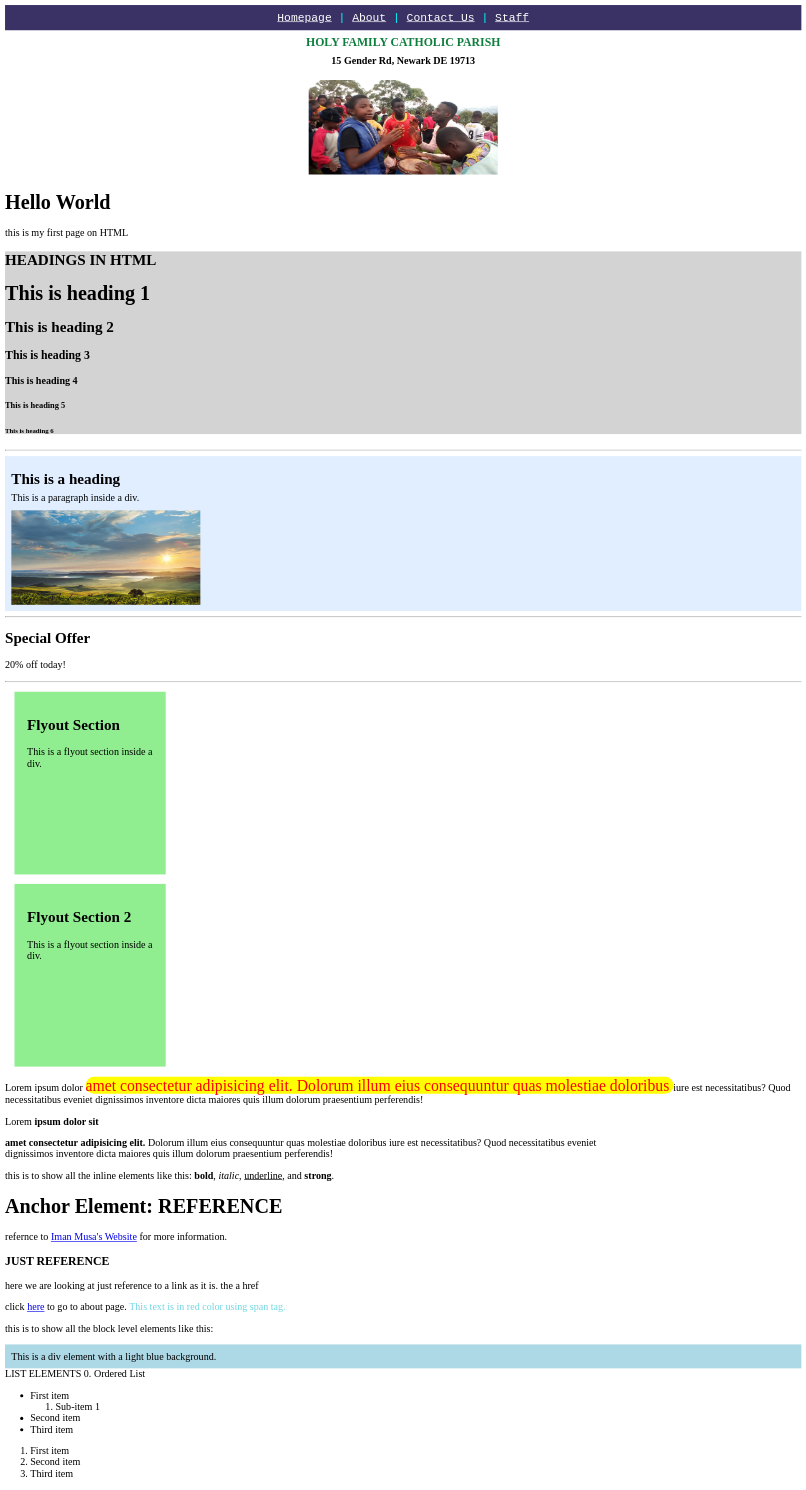
Repository: ficotims/HTML-RESTART
Page: Homepage.html
An editor plug-in stored every save of this project. The page is shown before and after the next save, followed by the edit.
The browser window is 1280 px wide. The pictures show the whole page, at 63% of full size.

Above is the page before, as saved 2026-02-10 14:39:39.

### Homepage.html
<!doctype html>
<html lang="en">
  <head>
    <meta charset="UTF-8" />
    <meta name="viewport" content="width=device-width, initial-scale=1.0" />
    <title>HTML Crash course with Iman Musa</title>
    <link rel="stylesheet" href="Style 1.css"/>
  </head>
  <body>

    <!-- NAVIGATION SECTION -->
        <div style="background-color: rgb(58, 49, 100); padding: 10px; text-align: center; color: aqua; font-size: 18px; font-family: monospace, Lemon milk;">
    <a href="Homepage.html" target="_top" style="color: white;">Homepage</a> |
    <a href="about.html" style="color: white;">About</a> | <a href="Contact us.html" style="color: white;">Contact Us</a> |
    <a href="staff.html" style="color: white;">Staff</a>
     </div>

 <div style="text-align: center;">
    <h3><span style="color: rgb(14, 126, 61);"><div style="line-height: 0;">HOLY FAMILY CATHOLIC PARISH</b></span></h3>
    <H4>15 Gender Rd, Newark DE 19713</H4>
    <img
        src="images/Acension.jpg"
        alt="Catholic Church Logo"
        width="300"
        height="150"
      />
      </div>

    <h1>Hello World</h1>
    <p>this is my first page on HTML</p>
    <!-- this is a comment and will not appear on the screen/ page -->
    <!-- let us introduce the headings -->
    <div style="background-color: lightgray; padding: px; text-align: left">
      <h2>HEADINGS IN HTML</h2>
    <h1>This is heading 1</h1>
    <h2>This is heading 2</h2>
    <h3>This is heading 3</h3>
    <h4>This is heading 4</h4>
    <h5>This is heading 5</h5>
    <h6>This is heading 6</h6>
    </div>

    <!-- here we are starting off LEARNING HOW TO USE THE <div> TAG -->
 <hr>
      <div style="background-color: rgb(224, 238, 255); padding: 10px; text-align: left; line-height: 0.5;">
  <h2>This is a heading</h2>
  <p>This is a paragraph inside a div.</p>
  <img src="images/landscape.jpg" alt="Landscape" width="300"
        height="150" />
</div>
<hr>
<div class="highlight-box">
  <h2>Special Offer</h2>
  <p>20% off today!</p>
</div>
<hr>

  <div class="flyout">
    <h2>Flyout Section</h2>
    <p>This is a flyout section inside a div.</p>
  </div>

 <div class="flyout">
    <h2>Flyout Section 2</h2>
    <p>This is a flyout section inside a div.</p>
  </div>

    <!-- thi is for paragraphs now -->
    <p>
      Lorem ipsum dolor <span class="body1">amet consectetur adipisicing elit. Dolorum illum
      eius consequuntur quas molestiae doloribus </span> iure est necessitatibus? Quod
      necessitatibus eveniet dignissimos inventore dicta maiores quis illum
      dolorum praesentium perferendis!
    </p>

    <p>
      Lorem <b>ipsum dolor sit <div>amet consectetur adipisicing elit.</b> Dolorum
      illum eius consequuntur quas molestiae doloribus iure est necessitatibus?
      Quod necessitatibus eveniet </div>dignissimos inventore dicta maiores quis illum
      dolorum praesentium perferendis!
    </p>


    <!-- this is for inline leve elements -->

    <p>
      this is to show all the inline elements like this: <b>bold</b>,
      <i>italic</i>, <u>underline</u>, and <strong>strong</strong>.
      <br />

      <!-- using the other inline elements: Anchor Elements (which are just links) -->
    </p>
    <h1>Anchor Element: REFERENCE</h1>
    refernce to
    <a href="https://www.google.com" target="_blank">Iman Musa's Website</a> for
    more information.
    <h3>JUST REFERENCE</h3>
    <p>here we are looking at just reference to a link as it is. the a href</p>
    click <a href="about.html" target="_blank">here</a> to go to about page.

    <!-- SPAN ELEMENT -->
    <span style="color: rgba(31, 190, 211, 0.63)">This text is in red color using span tag.</span>
    <p>
      <!-- now let us introduce the block level elements -->
      this is to show all the block level elements like this:
    </p>

    <div style="background-color: lightblue; padding: 10px">
      This is a div element with a light blue background.
    </div>

    <!-- this is LIST -->
<hi2>LIST ELEMENTS</h2>

    0. Ordered List

    <ul>
      <li>First item</li>
      <ol><li>Sub-item 1</li></ol>
      <li>Second item</li>
      <li>Third item</li>
    </ul>

    <ol>
      <li>First item</li>
      <li>Second item</li>
      <li>Third item</li>
    </ol>
  </body>
</html>

### Style 1.css
.body1 {
    color: red;
    background-color: yellow;
    border-radius: 50px;
    font-size: 25px;
}

.flyout {
    border: none;
    background-color: lightgreen;
    color: rgb(0, 0, 0);
    padding: 20px;
    margin: 15px;
    height: 250px;
    width: 200px;
}

After the next save:
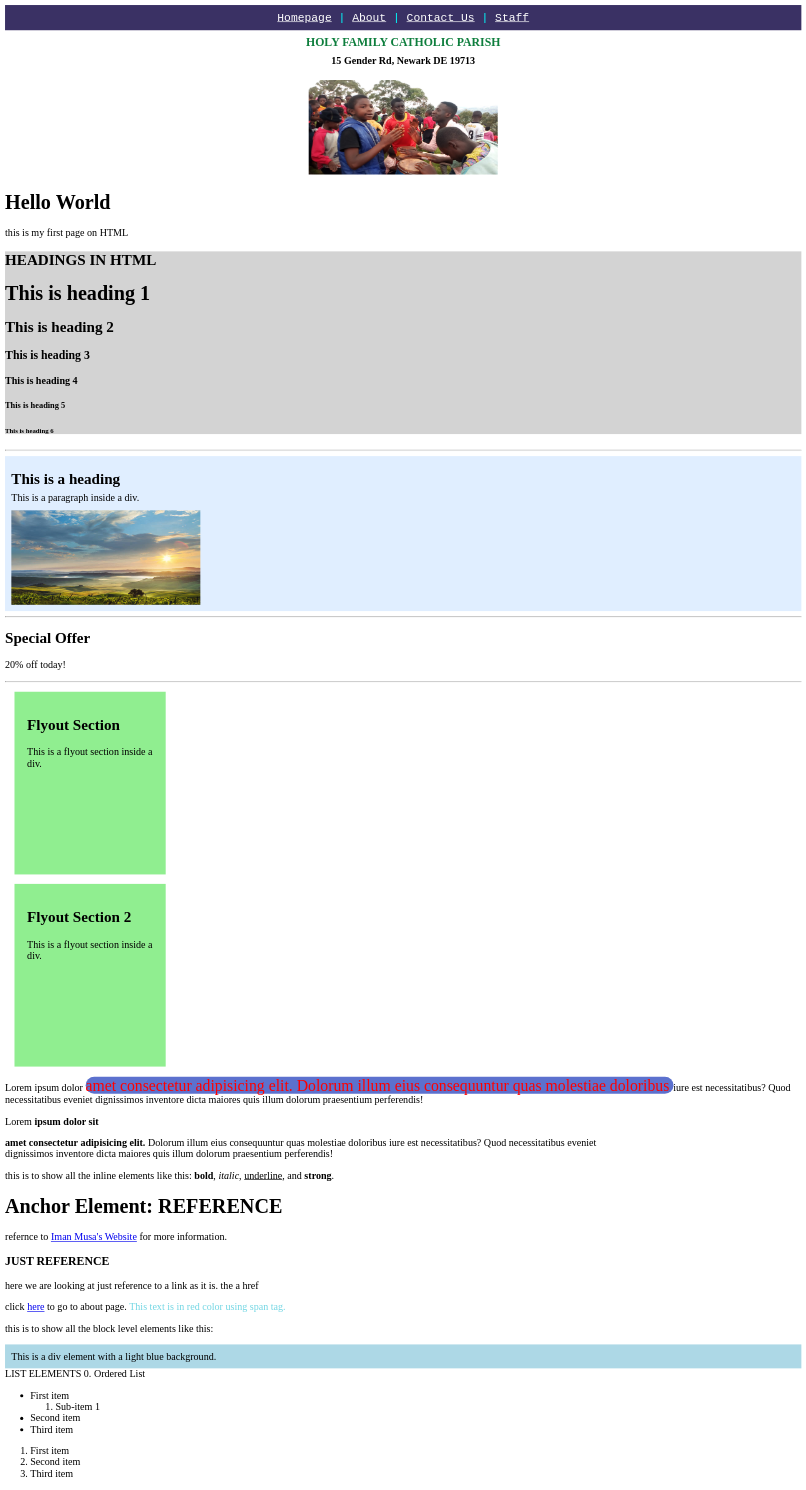
Saved 20 s later.
--- a/Style 1.css
+++ b/Style 1.css
@@ -1,6 +1,6 @@
 .body1 {
     color: red;
-    background-color: yellow;
+    background-color: rgb(92, 113, 206);
     border-radius: 50px;
     font-size: 25px;
 }
